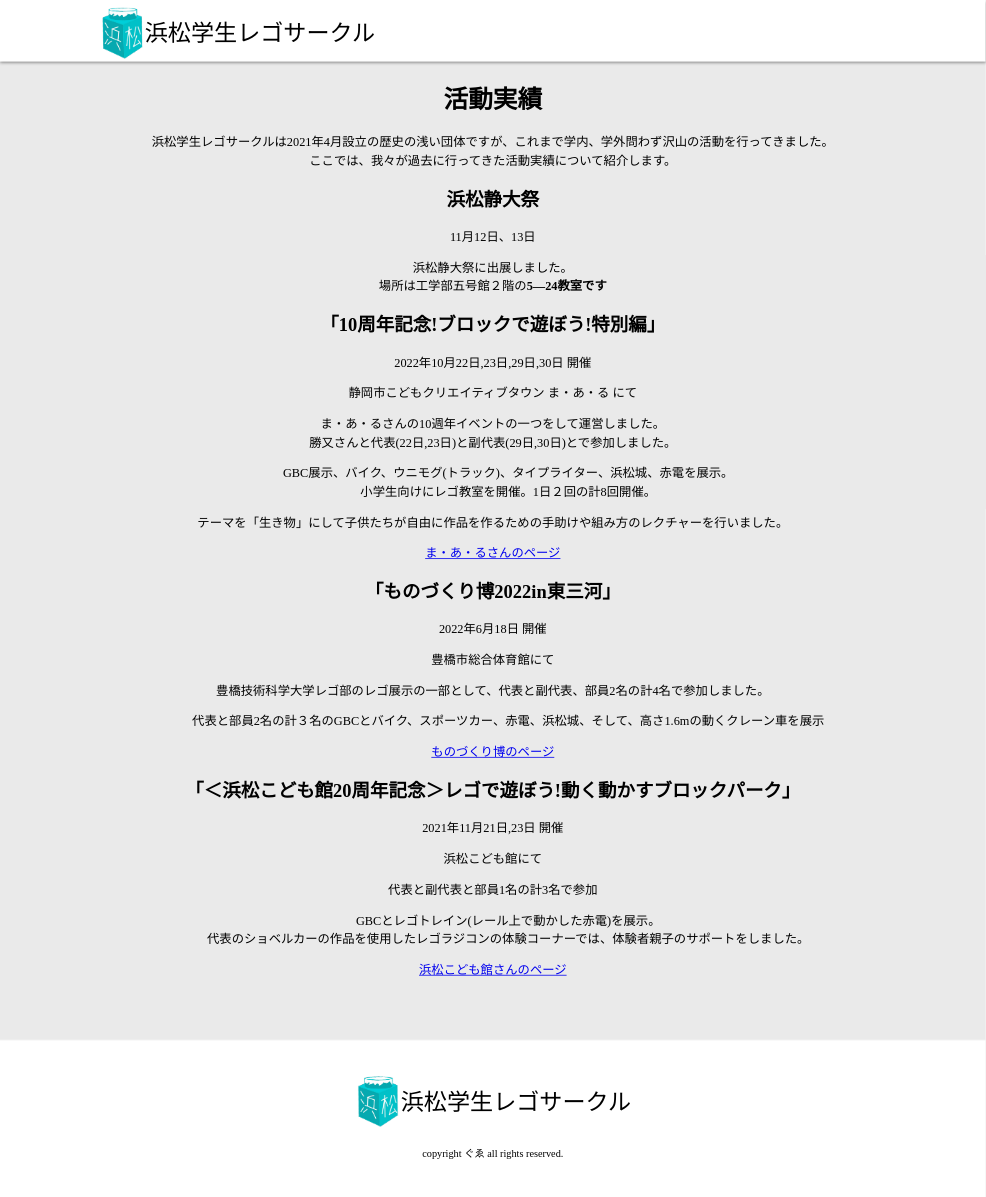
Repository: ghevp/LEGO-club
Page: http://localhost/?page=achievement
These files come from the project's save history. The page is drawn as it stood at one moment and after the next save; the edit follows.
The browser window is 1280 px wide. The pictures show the whole page, at 77% of full size.
Some web fonts or font styles are not loaded; a fallback is used. The page is run by PHP 8.4 with error messages shown; the project is at /var/www/html/.

Above is the page before, as saved 2022-11-27 00:37:21.

After the next save:
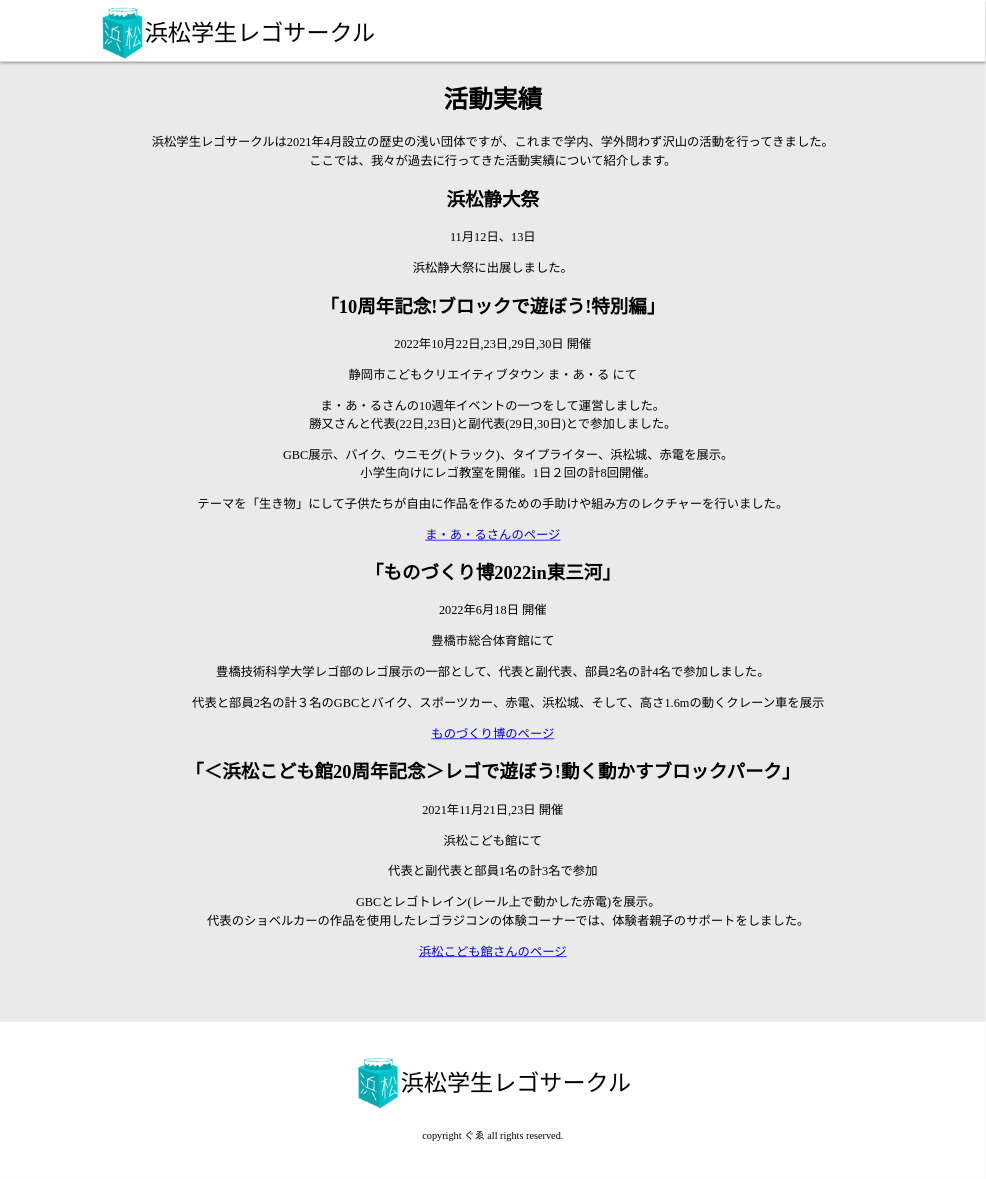
Saved 21 s later.
--- a/page/achievement.php
+++ b/page/achievement.php
@@ -7,7 +7,7 @@
             <h2>浜松静大祭</h2>
             <p class="date">11月12日、13日 </p>
             <p>浜松静大祭に出展しました。<br>
-                場所は工学部五号館２階の<b>5―24教室です</b>
+               </b>
             <h2>「10周年記念!ブロックで遊ぼう!特別編」</h2>
             <p class="date">2022年10月22日,23日,29日,30日 開催</p>
             <p>静岡市こどもクリエイティブタウン ま・あ・る にて</p>

After the 3 saves that followed:
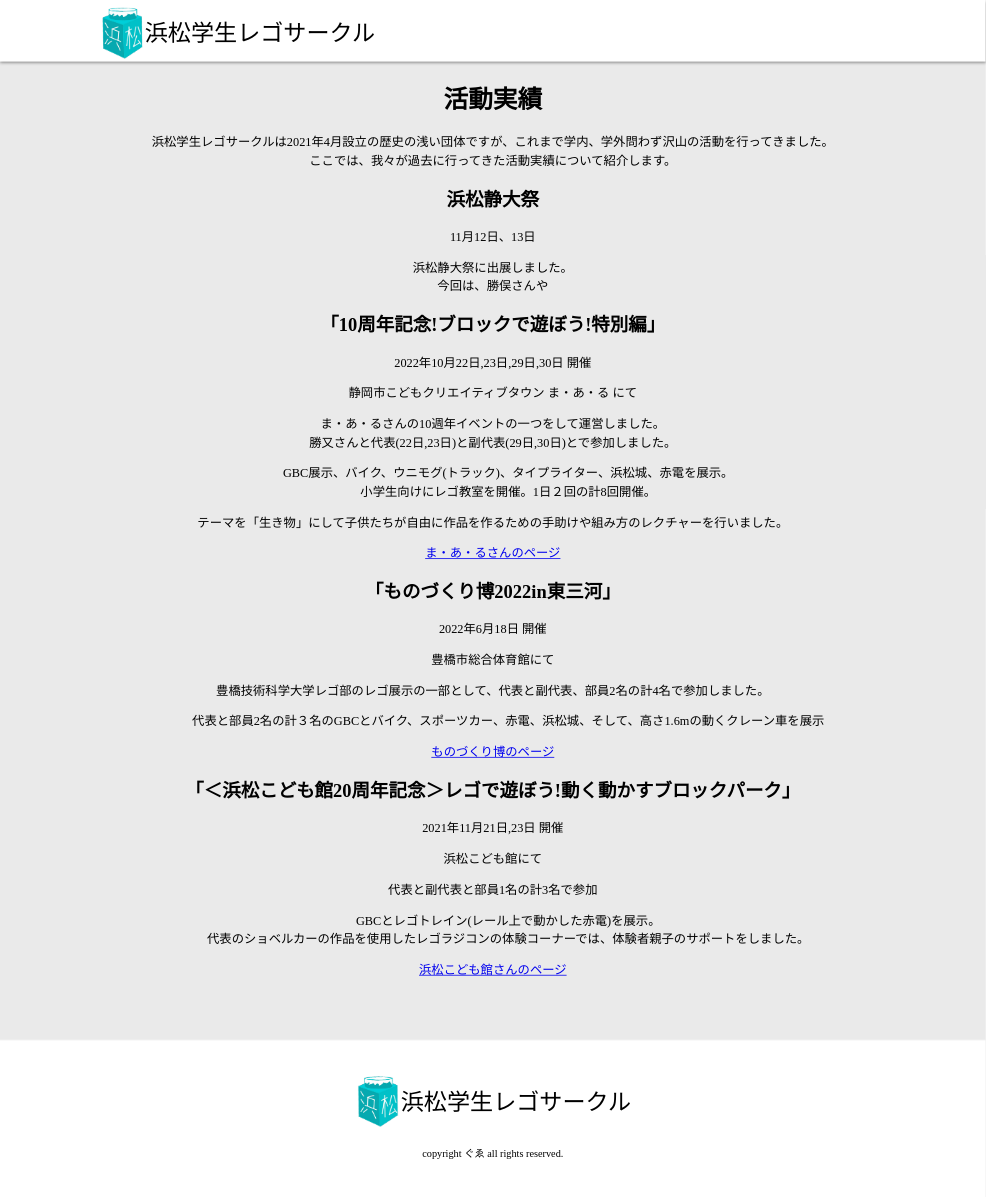
The 3 saves are shown as one change because 1 left the picture as it was and some came seconds apart.
The last was saved 14 s later.
--- a/page/achievement.php
+++ b/page/achievement.php
@@ -7,7 +7,7 @@
             <h2>浜松静大祭</h2>
             <p class="date">11月12日、13日 </p>
             <p>浜松静大祭に出展しました。<br>
-               </b>
+               今回は、勝俣さんや</b>
             <h2>「10周年記念!ブロックで遊ぼう!特別編」</h2>
             <p class="date">2022年10月22日,23日,29日,30日 開催</p>
             <p>静岡市こどもクリエイティブタウン ま・あ・る にて</p>
